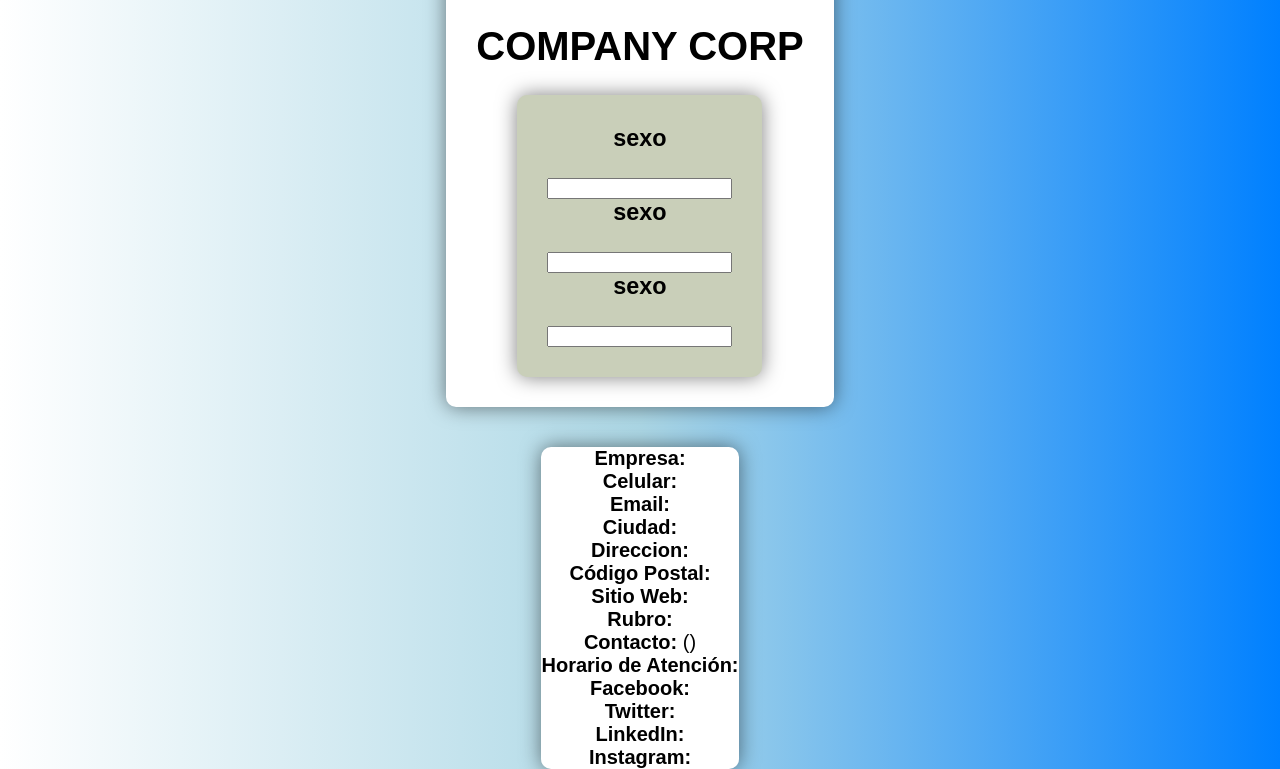
Repository: ANGELEDU141/TAREAWEBEWJASJDASJ
Page: http://localhost/JAVAWEBTAREA/WEB-INF/views/contenido.jsp
These files come from the project's save history. The page is drawn as it stood at one moment and after the next save; the edit follows.
The browser window is 1280 px wide. The pictures show the whole page.
The page is served by Tomcat 9. Nobody is signed in. Other server files are loaded and not shown. The template is opened directly, without the code that normally fills it, so the values that code supplies are empty.

Above is the page before, as saved 2024-09-01 10:02:11.

### JAVAWEBTAREA/src/main/webapp/WEB-INF/views/contenido.jsp
<%@ page language="java" contentType="text/html; charset=UTF-8"
    pageEncoding="UTF-8"%>
<!DOCTYPE html>
<html>
<head>
<meta charset="UTF-8">
<title> COMPANY </title>
<link rel="icon" href="https://static.vecteezy.com/system/resources/previews/008/214/517/non_2x/abstract-geometric-logo-or-infinity-line-logo-for-your-company-free-vector.jpg">
<style>
    body {

        padding: 0px;
        height: 100vh;
        display: flex;
        align-items:center;
         flex-direction: column;
        justify-content: center; /* Centra horizontalmente */
        align-items: center; /* Centra verticalmente */
        font-family: Arial, sans-serif;
		background: linear-gradient(to right, rgb(255, 255, 255), rgb(173, 216, 230), rgb(0, 128, 255));

    }
    .container {

        max-width: 600px;
        display:flex;
   		flex-direction:column;
   		align-content:center;
   		justify-content: center;
   		align-items:center;
   		padding: 30px;

        background-color: white;
        box-shadow: 0px 0px 20px rgba(0, 0, 0, 0.5);
        text-align: center;
        border-radius: 10px;
        font-size: 20px;

    }

    .contac {

 		margin-top: 40px;
        max-width: 600px;

        background-color: white;
        box-shadow: 0px 0px 20px rgba(0, 0, 0, 0.5);
        text-align: center;
        border-radius: 10px;
        font-size: 20px;

        }




    .quest {



   		padding: 30px;
   		border:60px;
        max-width: 200px;
        background-color: rgba(201, 207, 185);
        box-shadow: 0px 0px 20px rgba(0, 0, 0, 0.5);
        text-align: center;
        border-radius: 10px;
        }

        .quest h3{
         margin: 0;
    padding: 0; }



</style>
</head>
<body>
    <div class="container">
        <h1> COMPANY CORP </h1>


        <div class="quest">

        <h3>sexo</h3><br>
        <input>
        <h3>sexo</h3><br>
        <input>
        <h3>sexo</h3><br>
         <input>



        </div>
    </div>

    <div  class="contac">

		<b> Empresa:</b> ${empresa}<br>
		<b> Celular:</b> ${celular}<br>
		<b> Email:</b> ${email}<br>
		<b> Ciudad:</b> ${ciudad}<br>
	    <b>Direccion:</b> ${direccion}<br>
        <b>Código Postal:</b> ${código_postal}<br>
        <b>Sitio Web:</b> <a href="http://${sitio_web}" target="_blank">${sitio_web}</a><br>
        <b>Rubro:</b> ${rubro}<br>
        <b>Contacto:</b> ${contacto_nombre} (${contacto_puesto})<br>
        <b>Horario de Atención:</b> ${horario_atención}<br>
        <b>Facebook:</b> <a href="http://${facebook}" target="_blank">${facebook}</a><br>
        <b>Twitter:</b> <a href="http://${twitter}" target="_blank">${twitter}</a><br>
        <b>LinkedIn:</b> <a href="http://${linkedin}" target="_blank">${linkedin}</a><br>
        <b>Instagram:</b> <a href="http://${instagram}" target="_blank">${instagram}</a>


	</div>
</body>

After the next save:
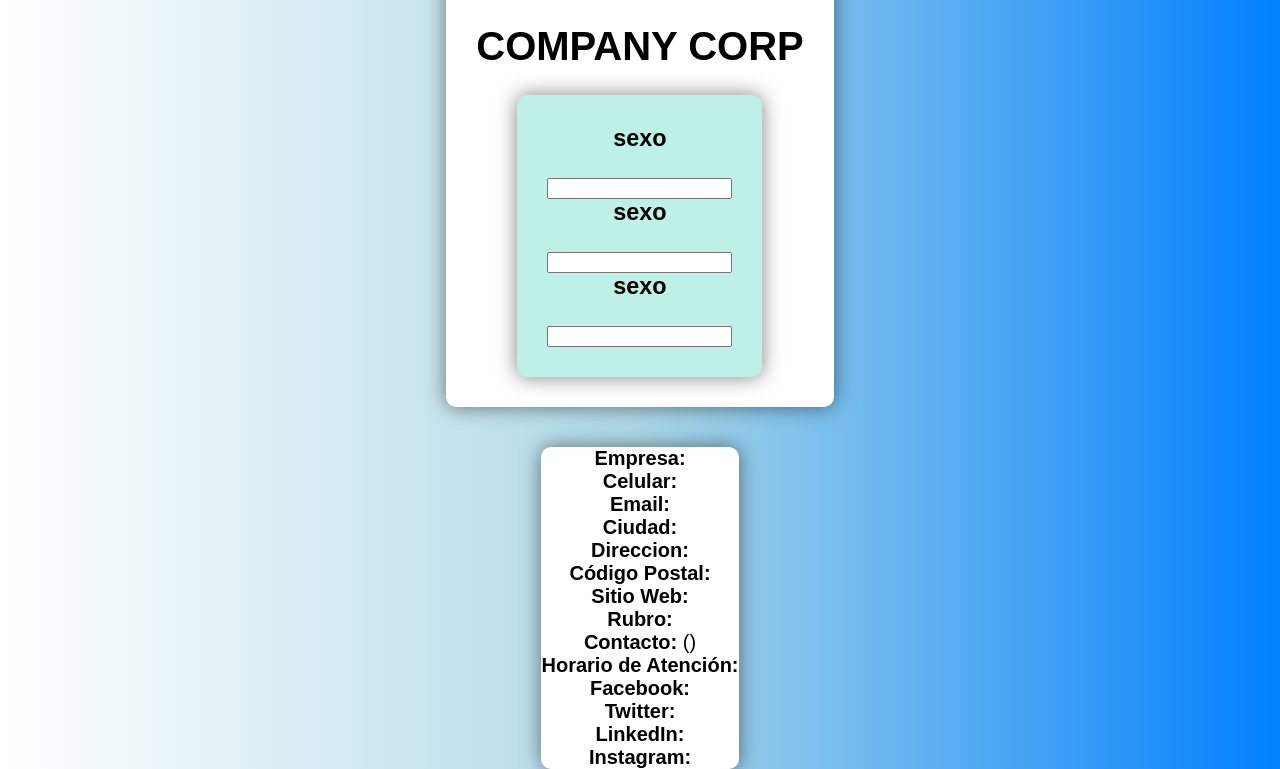
Saved 18 s later.
--- a/JAVAWEBTAREA/src/main/webapp/WEB-INF/views/contenido.jsp
+++ b/JAVAWEBTAREA/src/main/webapp/WEB-INF/views/contenido.jsp
@@ -61,7 +61,7 @@
    		padding: 30px;
    		border:60px;
         max-width: 200px;
-        background-color: rgba(201, 207, 185);
+        background-color: rgba(191, 240, 232);
         box-shadow: 0px 0px 20px rgba(0, 0, 0, 0.5);
         text-align: center;
         border-radius: 10px;
